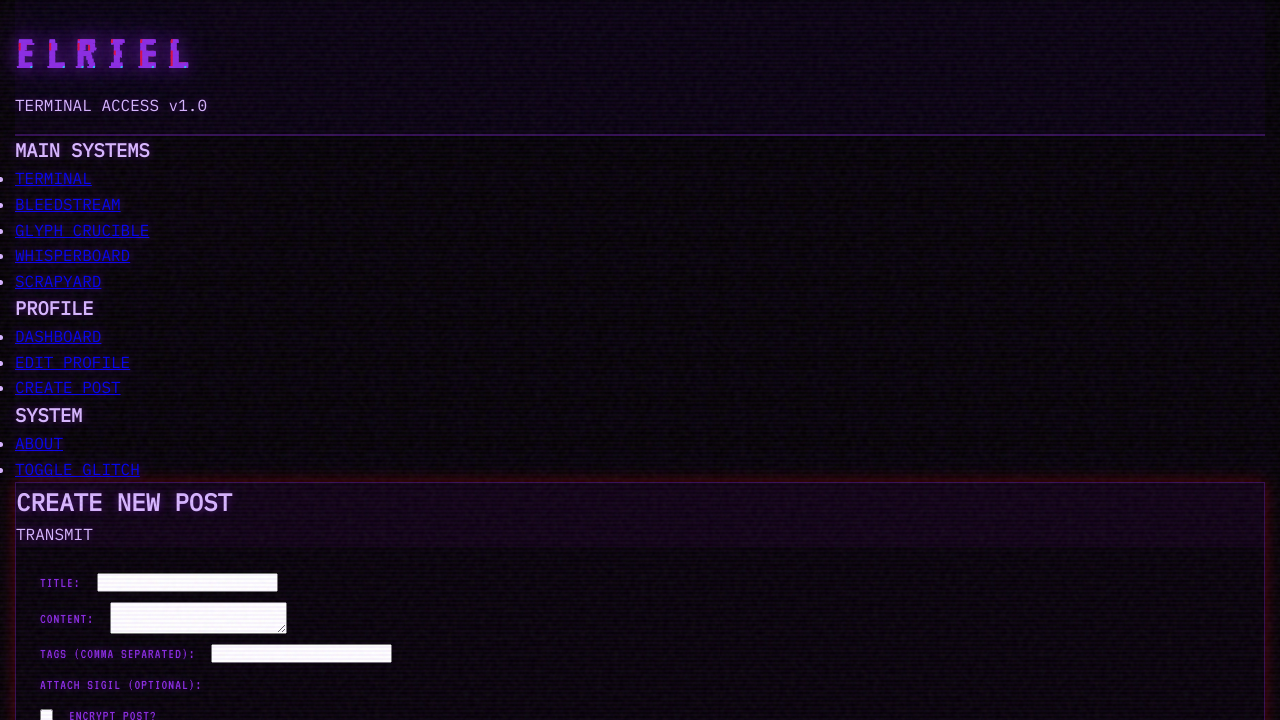
Repository: numbpill3d/elriel_1.0-forum
Page: views/feed/new-post.html
The author's editor kept a copy of each file at every save. The page is drawn from the files as they stood at one save, then again after the next save.
The browser window is 1280 px wide. The pictures show the whole page.
An inner scrolling area shows only its first screen. Some web fonts or font styles are not loaded; a fallback is used.

Above is the page before, as saved 2025-05-09 05:09:16.
Console error: ReferenceError: __DATA__ is not defined

After the next save:
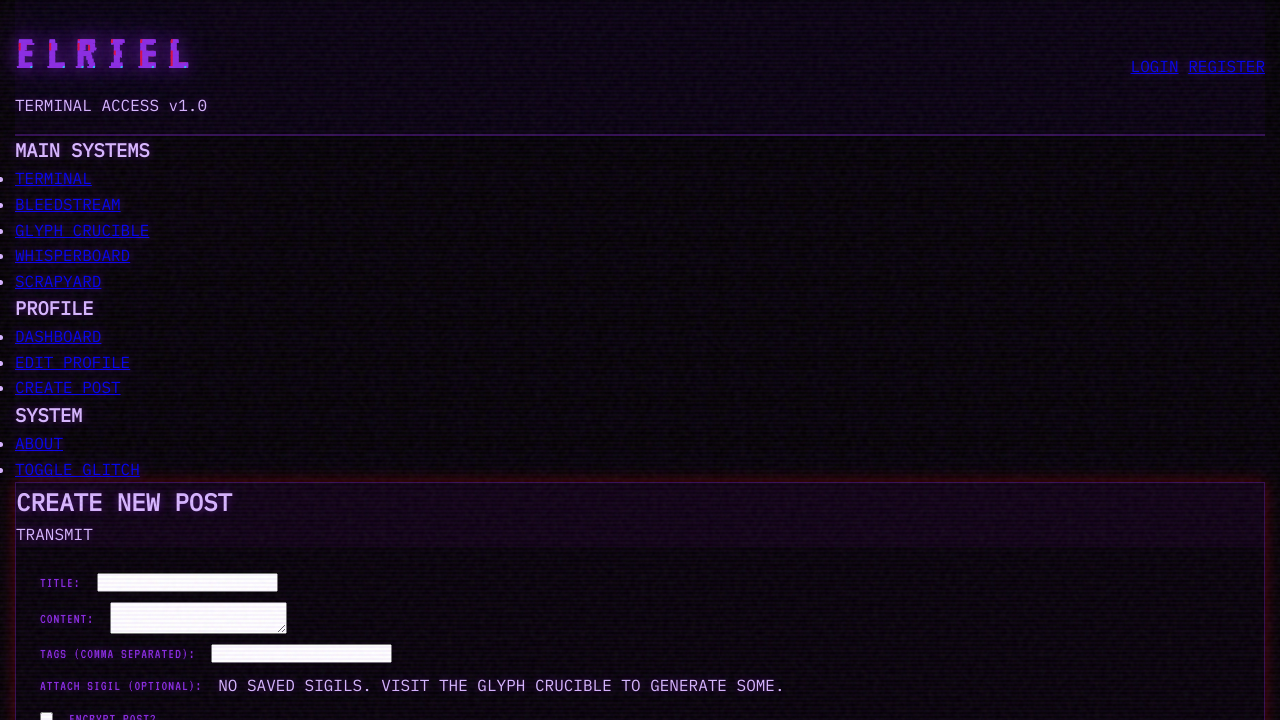
The error is gone.
Saved 69 s later.
--- a/views/feed/new-post.html
+++ b/views/feed/new-post.html
@@ -113,9 +113,26 @@
 
   <script>
     // Inject data from server
-    const data = __DATA__;
-    const user = data.user;
-    const glyphs = data.glyphs;
+    let data, user, glyphs;
+    try {
+      data = JSON.parse('__DATA__'.replace(/\\n/g, "\\n")
+        .replace(/\\'/g, "\\'")
+        .replace(/\\"/g, '\\"')
+        .replace(/\\&/g, "\\&")
+        .replace(/\\r/g, "\\r")
+        .replace(/\\t/g, "\\t")
+        .replace(/\\b/g, "\\b")
+        .replace(/\\f/g, "\\f"));
+      user = data.user;
+      glyphs = data.glyphs || [];
+      console.log("Post data loaded successfully:", { hasUser: !!user, glyphCount: glyphs.length });
+    } catch (err) {
+      console.error("Error parsing injected data:", err);
+      // Set default values
+      data = {};
+      user = null;
+      glyphs = [];
+    }
 
     // Update user status in header
     const userStatusEl = document.getElementById('user-status');
